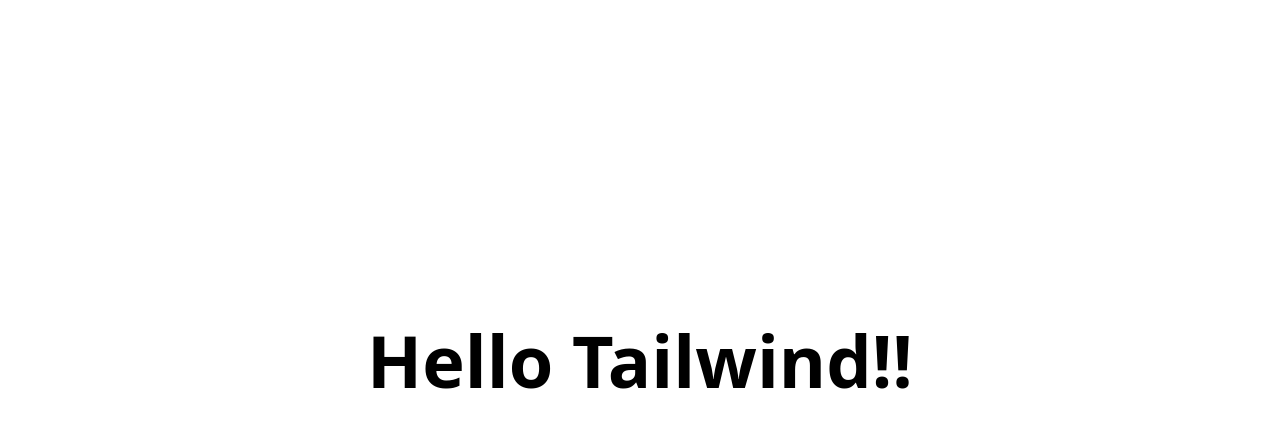
Repository: rayray1/react-tailwind-starter-template
Page: /
The author's editor kept a copy of each file at every save. The page is drawn from the files as they stood at one save, then again after the next save.
The browser window is 1280 px wide. The pictures show the whole page.
The project was rebuilt for these pictures with package versions that can differ from the ones it lists, and the page was loaded fresh each time.

Above is the page before, as saved 2023-06-23 06:43:45.

After the next save:
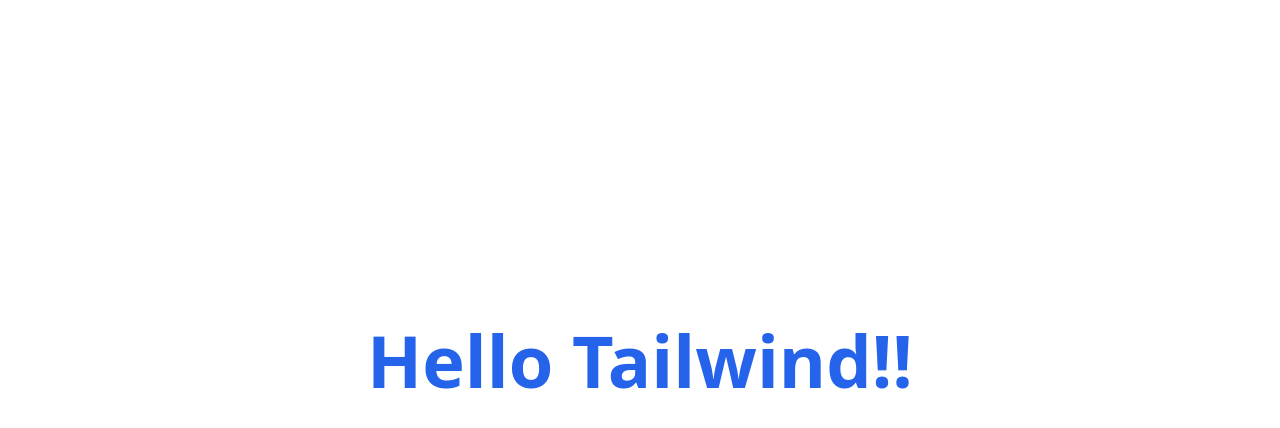
Saved 4 s later.
--- a/src/App.js
+++ b/src/App.js
@@ -5,7 +5,7 @@
   return (
     <div className="App">
       <div className="w-full h-screen flex justify-center items-center">
-        <h1 className="font-bold text-7xl text-bl">Hello Tailwind!!</h1>
+        <h1 className="font-bold text-7xl text-blue-600">Hello Tailwind!!</h1>
       </div>
 
     </div>
